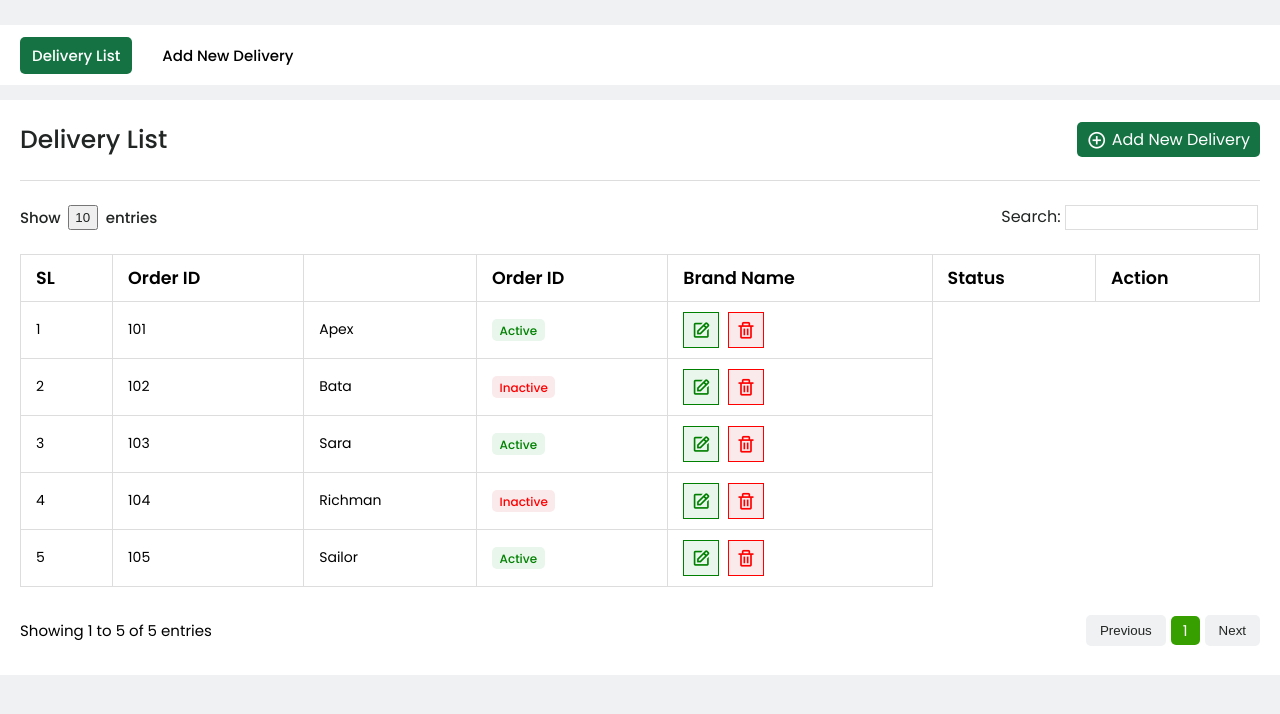
Repository: codebyaddro/delivery-page
Page: delivery.html
These files come from the project's save history. The page is drawn as it stood at one moment and after a run of saves; the edit follows.
The browser window is 1280 px wide. The pictures show the whole page.

Above is the page before, as saved 2025-02-27 13:51:32.

After the next 5 saves:
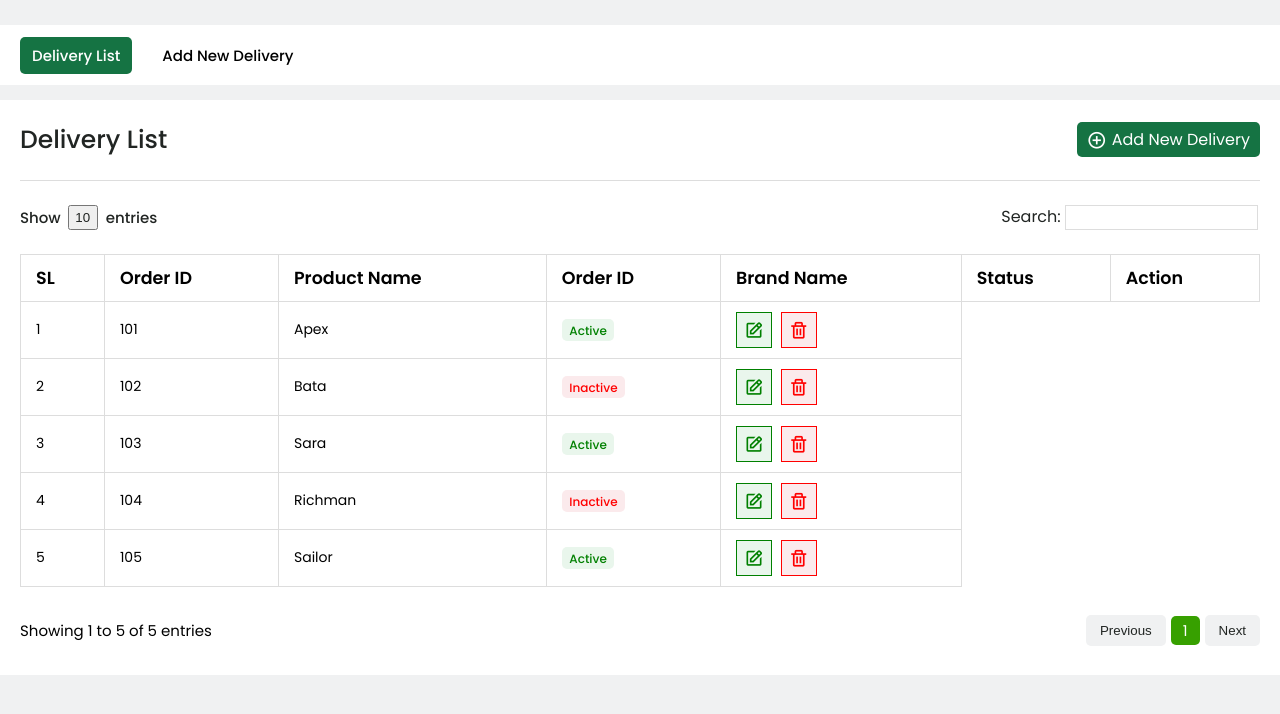
The 5 saves are shown as one change because they came seconds apart.
The last was saved 11 s later.
--- a/delivery.html
+++ b/delivery.html
@@ -46,7 +46,7 @@
                         <tr>
                             <th title="SL">SL</th>
                             <th title="Code">Order ID</th>
-                            <th title="Code"></th>
+                            <th title="Code">Product Name</th>
                             <th title="Code">Order ID</th>
                             <th title="Category Name">Brand Name</th>
                             <th title="Status">Status</th>
